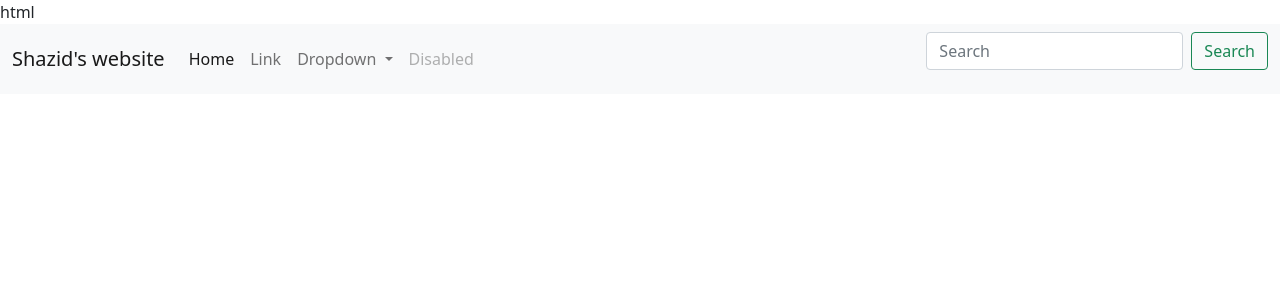
Repository: shazid98/shazid_webpage
Page: index.html
An editor plug-in stored every save of this project. The page is shown before and after the next save, followed by the edit.
The browser window is 1280 px wide. The pictures show the whole page.

Above is the page before, as saved 2022-07-04 15:38:46.

### index.html
html <!DOCTYPE html>
<!--[if lt IE 7]>      <html class="no-js lt-ie9 lt-ie8 lt-ie7"> <![endif]-->
<!--[if IE 7]>         <html class="no-js lt-ie9 lt-ie8"> <![endif]-->
<!--[if IE 8]>         <html class="no-js lt-ie9"> <![endif]-->
<!--[if gt IE 8]>      <html class="no-js"> <![endif]-->
<html>
    <head>
        <meta charset="utf-8">
        <meta http-equiv="X-UA-Compatible" content="IE=edge">
        <title></title>
        <meta name="description" content="">
        <meta name="viewport" content="width=device-width, initial-scale=1">
        <link rel="stylesheet" href="style.css">
        <link href="https://cdn.jsdelivr.net/npm/bootstrap@5.0.2/dist/css/bootstrap.min.css" rel="stylesheet" integrity="sha384-EVSTQN3/azprG1Anm3QDgpJLIm9Nao0Yz1ztcQTwFspd3yD65VohhpuuCOmLASjC" crossorigin="anonymous">
    <script src="https://cdn.jsdelivr.net/npm/bootstrap@5.0.2/dist/js/bootstrap.bundle.min.js" integrity="sha384-MrcW6ZMFYlzcLA8Nl+NtUVF0sA7MsXsP1UyJoMp4YLEuNSfAP+JcXn/tWtIaxVXM" crossorigin="anonymous"></script>
    </head>
    <body>
        <!--[if lt IE 7]>
            <p class="browsehappy">You are using an <strong>outdated</strong> browser. Please <a href="#">upgrade your browser</a> to improve your experience.</p>
        <![endif]-->
        <nav class="navbar navbar-expand-lg navbar-light bg-light">
            <div class="container-fluid">
              <a class="navbar-brand" href="#">Shazid's website</a>
              <button class="navbar-toggler" type="button" data-bs-toggle="collapse" data-bs-target="#navbarSupportedContent" aria-controls="navbarSupportedContent" aria-expanded="false" aria-label="Toggle navigation">
                <span class="navbar-toggler-icon"></span>
              </button>
              <div class="collapse navbar-collapse" id="navbarSupportedContent">
                <ul class="navbar-nav me-auto mb-2 mb-lg-0">
                  <li class="nav-item">
                    <a class="nav-link active" aria-current="page" href="#">Home</a>
                  </li>
                  <li class="nav-item">
                    <a class="nav-link" href="#">Link</a>
                  </li>
                  <li class="nav-item dropdown">
                    <a class="nav-link dropdown-toggle" href="#" id="navbarDropdown" role="button" data-bs-toggle="dropdown" aria-expanded="false">
                      Dropdown
                    </a>
                    <ul class="dropdown-menu" aria-labelledby="navbarDropdown">
                      <li><a class="dropdown-item" href="#">Action</a></li>
                      <li><a class="dropdown-item" href="#">Another action</a></li>
                      <li><hr class="dropdown-divider"></li>
                      <li><a class="dropdown-item" href="#">Something else here</a></li>
                    </ul>
                  </li>
                  <li class="nav-item">
                    <a class="nav-link disabled" href="#" tabindex="-1" aria-disabled="true">Disabled</a>
                  </li>
                </ul>
                <form class="d-flex">
                  <input class="form-control me-2" type="search" placeholder="Search" aria-label="Search">
                  <button class="btn btn-outline-success" type="submit">Search</button>
                </form>
              </div>
            </div>
          </nav>

        <script src="" async defer></script>
    </body>
</html>

Loaded but not shown: style.css (no stored copy; drawn as an empty file)

After the next save:
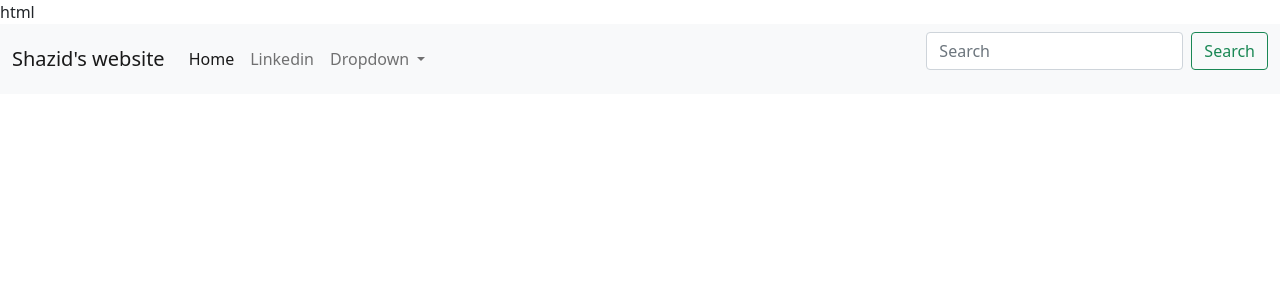
Saved 47 s later.
--- a/index.html
+++ b/index.html
@@ -30,7 +30,7 @@
                     <a class="nav-link active" aria-current="page" href="#">Home</a>
                   </li>
                   <li class="nav-item">
-                    <a class="nav-link" href="#">Link</a>
+                    <a class="nav-link" href="#">Linkedin</a>
                   </li>
                   <li class="nav-item dropdown">
                     <a class="nav-link dropdown-toggle" href="#" id="navbarDropdown" role="button" data-bs-toggle="dropdown" aria-expanded="false">
@@ -43,9 +43,9 @@
                       <li><a class="dropdown-item" href="#">Something else here</a></li>
                     </ul>
                   </li>
-                  <li class="nav-item">
+                  <!-- <li class="nav-item">
                     <a class="nav-link disabled" href="#" tabindex="-1" aria-disabled="true">Disabled</a>
-                  </li>
+                  </li> -->
                 </ul>
                 <form class="d-flex">
                   <input class="form-control me-2" type="search" placeholder="Search" aria-label="Search">
